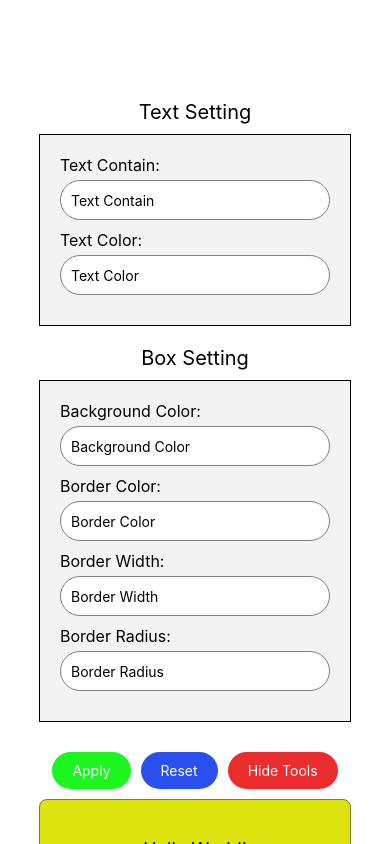
Repository: amirjavadikia/mobile-projectg
Screen: /
These files come from the project's save history. The screen is drawn as it stood at one moment and after the next save; the edit follows.
An inner scrolling area shows only its first screen. The app was drawn by React Native's web renderer in a window 390 px wide. The project was rebuilt for these pictures with package versions that can differ from the ones it lists, and the page was loaded fresh each time.

Above is the screen before, as saved 2024-05-14 22:32:55.

### App.tsx
//
// => BOXES PROJECT
//

// import React from 'react';
// import { View, Text, StyleSheet } from 'react-native';
// import { FontAwesomeIcon } from '@fortawesome/react-native-fontawesome';
// import { faGear } from '@fortawesome/free-solid-svg-icons/faGear';
// import { faLocationDot } from '@fortawesome/free-solid-svg-icons/faLocationDot';
// import { faAddressBook } from '@fortawesome/free-solid-svg-icons/faAddressBook';


// const MainPage = () => {
//   return (
//     <View style={styles.container}>

//       <View style={[styles.blueBackground]}>
//         <Text style={styles.text}>Welcome to my app!</Text>
//       </View>


//       <View style={[styles.box, styles.purpleBackground]}>
//       <FontAwesomeIcon icon={faLocationDot} />
//         <Text style={styles.text}>Location</Text>
//       </View>


//       <View style={[styles.box, styles.yellowBackground]}>
//       <FontAwesomeIcon icon={faGear} />
//         <Text style={styles.text}>Settings</Text>
//       </View>


//       <View style={[styles.box, styles.redBackground]}>
//       <FontAwesomeIcon icon={faAddressBook} />
//         <Text style={styles.text}>Contacts</Text>
//       </View>

//     </View>
//   );
// };

// const styles = StyleSheet.create({
//   container: {
//     justifyContent: 'center',
//     alignItems: 'center',
//     margin: 10
//   },
//   box: {
//     width: '100%',
//     height: 100,
//     borderRadius: 10,
//     marginBottom: 15,
//     justifyContent: 'center',
//     textAlign: 'center',
//     alignItems: 'center',
//   },
//   blueBackground: {
//     backgroundColor: '#01008A',
//     borderRadius: 30,
//     width: '100%',
//     height: '10%',
//     justifyContent: 'center',
//     alignItems: 'center',
//     marginBottom: 20
//   },
//   purpleBackground: {
//     backgroundColor: '#810081',
//   },
//   yellowBackground: {
//     backgroundColor: '#fea501',
//   },
//   redBackground: {
//     backgroundColor: '#fe0002',
//   },
//   text: {
//     color: 'white',
//     fontSize: 20,
//     marginLeft: 10,
//   },
// });

// export default MainPage;





//
// => MIDTERM PROJECT
//


import React, { useState } from 'react';
import { View, Text, TextInput, StyleSheet, Button, ScrollView, TouchableOpacity } from 'react-native';

const App = () => {
  const [text, setText] = useState('Hello World!');
  const [showTools, setShowTools] = useState(true);
  const [newText, setNewText] = useState('');
  const [newTextColor, setNewTextColor] = useState('');
  const [newBackgroundColor, setNewBackgroundColor] = useState('');
  const [newBorderColor, setNewBorderColor] = useState('');
  const [newBorderWidth, setNewBorderWidth] = useState('');
  const [newBorderRadius, setNewBorderRadius] = useState('');
  const [applyChanges, setApplyChanges] = useState(false);

  const handleTextChange = (inputText) => {
    setNewText(inputText);
    setApplyChanges(false);
  };

  const handleTextColorChange = (inputText) => {
    setNewTextColor(inputText);
    setApplyChanges(false);
  };

  const handleBackgroundChange = (inputText) => {
    setNewBackgroundColor(inputText);
    setApplyChanges(false);
  };

  const handleBorderColorChange = (inputText) => {
    setNewBorderColor(inputText);
    setApplyChanges(false);
  };

  const handleBorderWidthChange = (inputText) => {
    setNewBorderWidth(inputText);
    setApplyChanges(false);
  };

  const handleBorderRadiusChange = (inputText) => {
    setNewBorderRadius(inputText);
    setApplyChanges(false);
  };

  const handleApplyChanges = () => {
    setText(newText);
    setApplyChanges(true);
  };

  const handleResetChanges = () => {
    setApplyChanges(false);
    setText('');
    setNewText('');
    setNewTextColor('');
    setNewBackgroundColor('');
    setNewBorderColor('');
    setNewBorderWidth('');
    setNewBorderRadius('');
  };

  const handleToggleTools = () => {
    setShowTools(!showTools);
  };

  return (
    <ScrollView contentContainerStyle={styles.scrollViewContent}>
      <View style={styles.container}>
        {showTools && (
          <>
            <Text style={styles.title}>Text Setting</Text>
            <View style={styles.section}>
              <Text style={styles.label}>Text Contain:</Text>
              <TextInput
                style={styles.input}
                onChangeText={handleTextChange}
                value={newText}
                placeholder="Text Contain"
              />
              <Text style={styles.label}>Text Color:</Text>
              <TextInput
                style={styles.input}
                onChangeText={handleTextColorChange}
                value={newTextColor}
                placeholder="Text Color"
              />
            </View>

            <Text style={styles.title}>Box Setting</Text>
            <View style={styles.section}>
              <Text style={styles.label}>Background Color:</Text>
              <TextInput
                style={styles.input}
                onChangeText={handleBackgroundChange}
                value={newBackgroundColor}
                placeholder="Background Color"
              />
              <Text style={styles.label}>Border Color:</Text>
              <TextInput
                style={styles.input}
                onChangeText={handleBorderColorChange}
                value={newBorderColor}
                placeholder="Border Color"
              />
              <Text style={styles.label}>Border Width:</Text>
              <TextInput
                style={styles.input}
                onChangeText={handleBorderWidthChange}
                value={newBorderWidth}
                placeholder="Border Width"
              />
              <Text style={styles.label}>Border Radius:</Text>
              <TextInput
                style={styles.input}
                onChangeText={handleBorderRadiusChange}
                value={newBorderRadius}
                placeholder="Border Radius"
              />
            </View>


          </>
        )}
        <View style={styles.buttonGroup}>
              { showTools && (
                <>
                <TouchableOpacity
               onPress={handleApplyChanges}
               style={styles.applyButton}
            >
              <Text style={styles.applyButtonText}>Apply</Text>
            </TouchableOpacity>

                <TouchableOpacity
               onPress={handleResetChanges}
               style={styles.resetButton}
            >
              <Text style={styles.resetButtonText}>Reset</Text>
            </TouchableOpacity>
                </>
              )}
              <TouchableOpacity
               onPress={handleToggleTools}
               style={styles.showButton}
            >
              <Text style={styles.showButtonText}>{showTools ? "Hide Tools" : "Show Tools"}</Text>
            </TouchableOpacity>
            </View>
        <View style={[styles.box, { backgroundColor: applyChanges ? newBackgroundColor : '#dde30f', borderRadius: applyChanges ? parseInt(newBorderRadius) || 0 : 8, borderWidth: applyChanges ? parseInt(newBorderWidth) || 1 : 1, borderColor: applyChanges ? newBorderColor : "#807f1e" }]}>
          <Text style={[styles.boxText, {color: applyChanges ? newTextColor : '#111'}]}>{text || "Hello World!"}</Text>
        </View>
      </View>
    </ScrollView>
  );
};

const styles = StyleSheet.create({
  scrollViewContent: {
    flexGrow: 1,
  },
  container: {
    flex: 1,
    alignItems: 'center',
    justifyContent: 'center',
    marginTop: 100,
    backgroundColor: '#fff',
  },
  section: {
    width: '80%',
    marginBottom: 20,
    backgroundColor: "#f3f3f3",
    borderWidth: 1,
    padding: 20
  },
  title: {
    fontSize: 20,
    marginBottom: 10,
  },
  label: {
    fontSize: 16,
    marginBottom: 5,
  },
  input: {
    width: '100%',
    height: 40,
    borderWidth: 1,
    borderColor: 'gray',
    marginBottom: 10,
    paddingHorizontal: 10,
    textAlign: 'left',
    borderRadius: 30,
    backgroundColor: "#fff"
  },
  box: {
    width: '80%',
    height: 100,
    backgroundColor: '#dde30f',
    justifyContent: 'center',
    alignItems: 'center',
  },
  boxText: {
    fontSize: 18
  },
  buttonGroup: {
    display: 'flex',
    flexDirection: 'row',
    justifyContent: 'space-around',
    marginVertical: 10,
  },
  applyButton: {
    marginRight: 10,
    borderRadius: 20,
    backgroundColor: '#1bf621',
    paddingVertical: 10,
    paddingHorizontal: 20,
    alignItems: 'center',
    justifyContent: 'center',

  },
  resetButton: {
    borderRadius: 20,
    marginRight: 10,
    backgroundColor: '#2950ef',
    paddingVertical: 10,
    paddingHorizontal: 20,
    alignItems: 'center',
    justifyContent: 'center',

  },
  showButton: {
    borderRadius: 20,
    backgroundColor: '#eb2d2e',
    paddingVertical: 10,
    paddingHorizontal: 20,
    alignItems: 'center',
    justifyContent: 'center'
  },
  resetButtonText: {
    color: '#fff'
  },
  applyButtonText: {
    color: '#fff'
  },
  showButtonText: {
    color: '#fff'
  }
});

export default App;

After the next save:
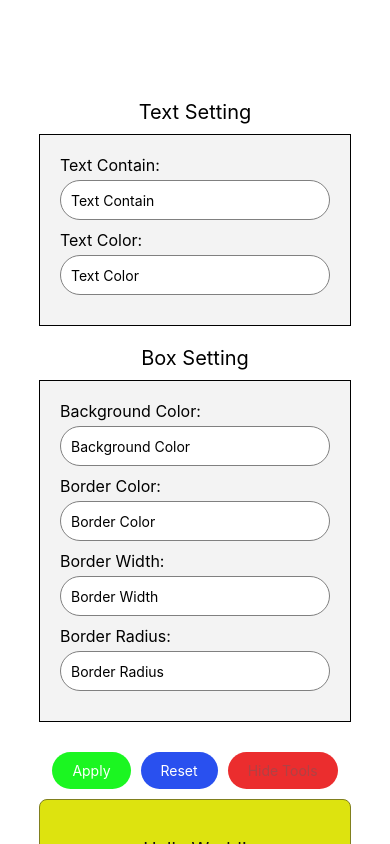
Saved 64 s later.
--- a/App.tsx
+++ b/App.tsx
@@ -334,7 +334,7 @@
     color: '#fff'
   },
   showButtonText: {
-    color: '#fff'
+    color: '#b04245'
   }
 });
 

After the save that followed:
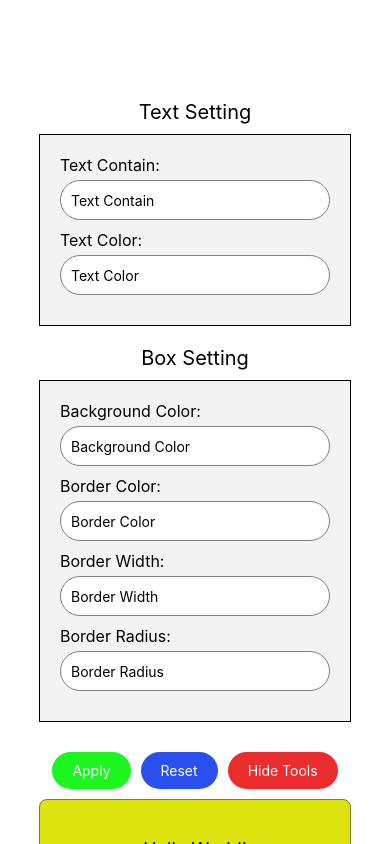
Saved 4 s later.
--- a/App.tsx
+++ b/App.tsx
@@ -334,7 +334,7 @@
     color: '#fff'
   },
   showButtonText: {
-    color: '#b04245'
+    color: '#fff'
   }
 });
 
